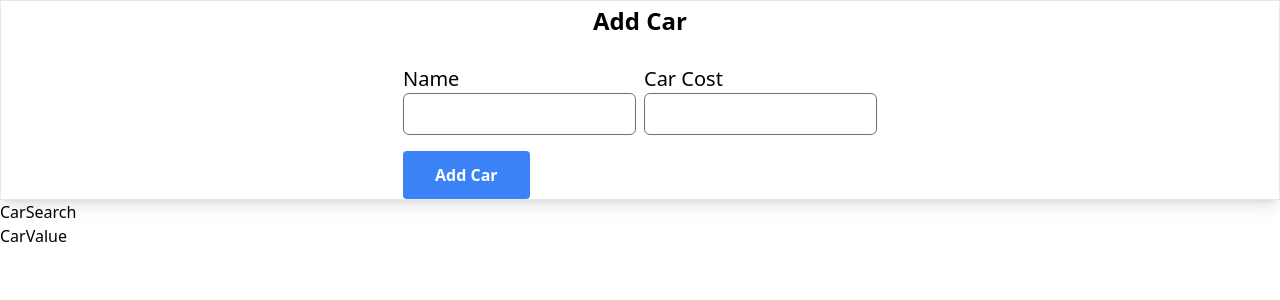
Repository: Marhamat92/carsappreduxtoolkit
Page: /
An editor plug-in stored every save of this project. The page is shown before and after the next save, followed by the edit.
The browser window is 1280 px wide. The pictures show the whole page.
The project was rebuilt for these pictures with package versions that can differ from the ones it lists, and the page was loaded fresh each time.

Above is the page before, as saved 2023-01-23 23:04:03.

After the next save:
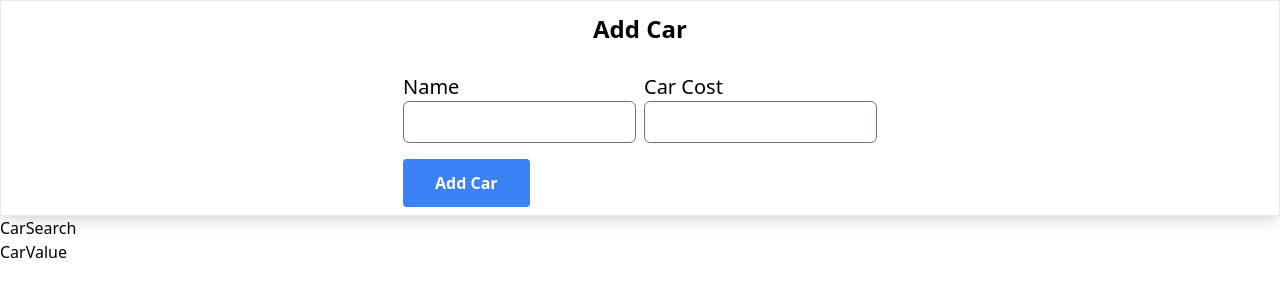
Saved 4 min 20 s later.
--- a/src/components/CarForm.js
+++ b/src/components/CarForm.js
@@ -33,7 +33,7 @@ function CarForm() {
 
 
   return (
-    <div className='flex flex-col items-center justify-center border shadow-lg'>
+    <div className='flex flex-col items-center justify-center border shadow-lg py-2'>
       <h1 className='font-bold text-2xl py-1' >Add Car</h1>
       <div className='mt-6'>
         <form onSubmit={handleSubmit} className=''>
